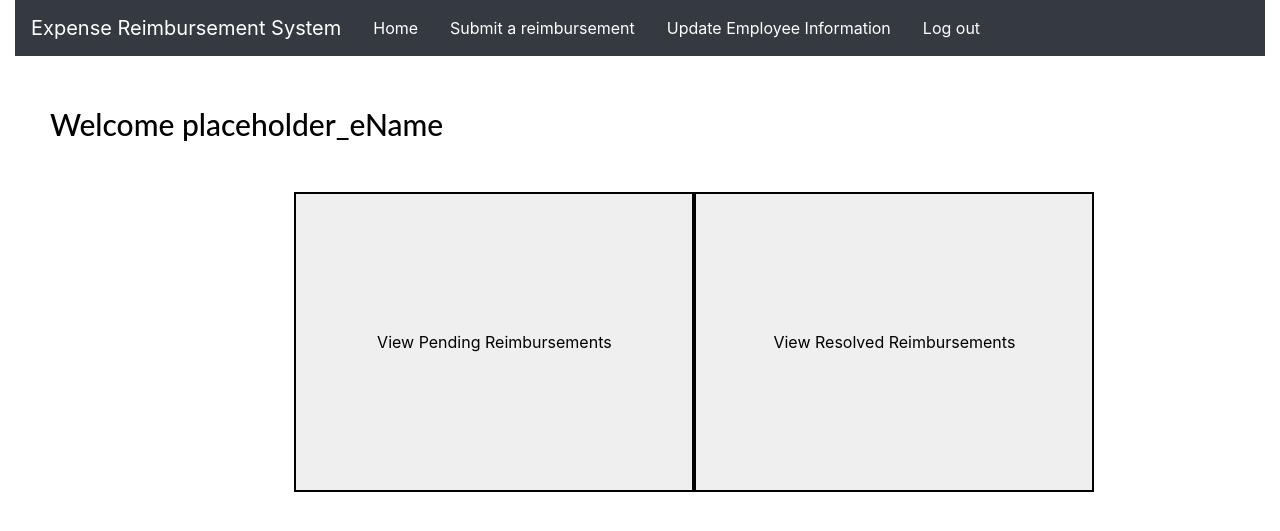
Repository: Trevormulrenin/ers-app
Page: ers-app/src/main/webapp/html/employee_home.html
The author's editor kept a copy of each file at every save. The page is drawn from the files as they stood at one save, then again after a run of saves.
The browser window is 1280 px wide. The pictures show the whole page.

Above is the page before, as saved 2021-04-01 16:07:20.

### ers-app/src/main/webapp/html/employee_home.html
<!DOCTYPE html>
<html>
<head>
	<meta charset="UTF-8">
	<meta name="viewport" content="width=device-width, initial-scale=1.0">

	<link rel="stylesheet" href="https://stackpath.bootstrapcdn.com/bootstrap/4.3.1/css/bootstrap.min.css" integrity="sha384-ggOyR0iXCbMQv3Xipma34MD+dH/1fQ784/j6cY/iJTQUOhcWr7x9JvoRxT2MZw1T" crossorigin="anonymous">
 	<link rel="stylesheet" type="text/css" href="../css/style.css">

<title>Expense Reimbursement System</title>
</head>
<style>
#pending-reimbursement, #resolved-reimbursement {
	border: 2px solid black;
	color: black;
	text-align:center;
	height: 300px;
	width: 400px;
	position: relative;
    top:50%;
    left: 23%;
    display: inline-block;
}

#pending-reimbursement {
	float: left;
}

#resolved-reimbursement:hover {
	background-color: gray;
	color:white;
}

#pending-reimbursement:hover {
	background-color: gray;
	color:white;
}

#welcome-message {
	font-size: 10px;
	top:20%;
}
</style>
<body>
	<div class="container-fluid">
		<nav class="navbar navbar-expand-lg navbar-dark bg-dark">
			<a class="navbar-brand" href="http://localhost:9731/ers-app/EmployeeHomeServlet">Expense Reimbursement System</a>
				<a class="nav-item nav-link" href="http://localhost:9731/ers-app/EmployeeHomeServlet">Home</a>
				<a class="nav-item nav-link" href="html/reimbursement_home.html">Submit a reimbursement</a>
				<a class="nav-item nav-link" href="html/employee_info.html">Update Employee Information</a>

			<div class="nav-list-right" id="navbar-menu-right">
				<a class="nav-item nav-link" href="html/logout.html">Log out</a>
			</div>

		</nav>
	</div>


	<div id="welcome-message">
		<h1 style="font-size: 30px; text-align: left; top:65%; left:20%;">Welcome placeholder_eName</h1>
	</div>

	<div id="reimbursement-body">

	<form action="../ers-app/ViewPendingReimbursements" method="get">
		<button type="submit" class="button" id="pending-reimbursement" >View Pending Reimbursements</button>
	</form>
	<form action="../ers-app/ViewResolvedReimbursementsServlet" method="get">
		<button type="submit" id="resolved-reimbursement" class="button">View Resolved Reimbursements</button>
	</form>

	</div>

	<script type="text/javascript">
		var button = document.getElementById('reimbursement-body');
		button.addEventListener('click', function() { button.style.display = 'none'; });
	</script>

</body>


</html>

### ers-app/src/main/webapp/css/style.css
@charset "UTF-8";

#navbar-menu-right{
	text-decoration: none;
	color: black;
}

.nav-item, .nav-item-active, .nav-list-right {
		color: white;
		border: 1px;
		border-color:white;
	}

h1 {
	text-align: center;
    font-family: Lato;
    color: Black;
    font-size: 40px;
    margin: 50px;
}

p {
	text-align: center;
    font-family: Lato;
	color: Black;
	font-size: 15px;
}

h2 {
	text-align: center;
    font-family: Lato;
    color: Black;
    font-size: 40px;
    margin: 25px;
}

#enter-credentials {
	text-align: center;
    font-family: Lato;
	color: Black;
	font-size: 20px;
}


#pending-reimbursement, #resolved-reimbursement {
	border: 2px solid black;
	color: black;
	text-align:center;
	height: 300px;
	width: 400px;
    top:30%;
    left:10%;
/*     display: flex; */
/* 	justify-content: space-evenly; */
}

#pending-reimbursement {
	float: left;
}

#resolved-reimbursement:hover {
	background-color: gray;
	color:white;
}

#pending-reimbursement:hover {
	background-color: gray;
	color:white;
}

#pending-table, #resolved-table {
	padding: 10px;
	margin-left: auto;
	margin-right: auto;
	margin-top:20%;
	border: 2px solid black;
	border-collapse: collapse;
	border-left: 2px solid black;
	border-bottom: 2px solid black;
	border-spacing: 10px;
}

.nav-item, .nav-item-active, .nav-list-right {
/* 		text-decoration: none; */
		color: white;
		border: 1px;
		border-color:white;
	}

th, tr {
	border: 2px;
}

#log-in-button {
	text-align: center;
}

.login {
	border: 2px solid black;
	content: 5px;
	width: auto;
	text-align: center;
	padding: 5px;
	margin: auto;
	box-shadow: white;
}

#update-table {
	width: "100%";
	padding: 2px;
	margin-top: 5px;
	margin-bottom: 0px;
	margin-left: auto;
	margin-right: auto;
	border: 1px solid black;
	border-collapse: separate;
	border-spacing: 2px;
}

#view-employees {
	width: "100%";
	padding: 2px;
	margin-top: 5px;
	margin-bottom: 0px;
	margin-left: auto;
	margin-right: auto;
	border: 1px solid black;
	border-collapse: separate;
	border-spacing: 2px;
}

#reimbursement-table {
	width: "100%";
	padding: 2px;
	margin-top: 5px;
	margin-bottom: 0px;
	margin-left: auto;
	margin-right: auto;
	border: 1px solid black;
	border-collapse: separate;
	border-spacing: 2px;
}

.log-in-button {
	text-align: center;
	margin-top: 10px;
}

After the next 2 saves:
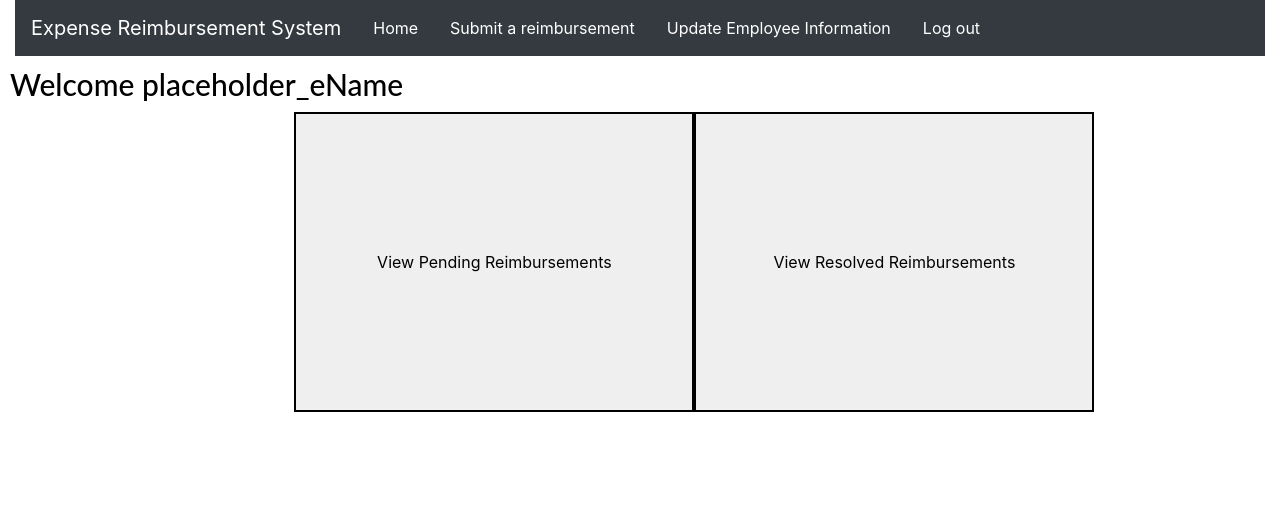
The 2 saves are shown as one change because they came seconds apart.
The last was saved 9 s later.
--- a/ers-app/src/main/webapp/html/employee_home.html
+++ b/ers-app/src/main/webapp/html/employee_home.html
@@ -58,7 +58,7 @@
 
 
 	<div id="welcome-message">
-		<h1 style="font-size: 30px; text-align: left; top:65%; left:20%;">Welcome placeholder_eName</h1>
+		<h1 style="font-size: 30px; margin:10px; text-align: left; top:65%; left:20%;">Welcome placeholder_eName</h1>
 	</div>
 
 	<div id="reimbursement-body">
